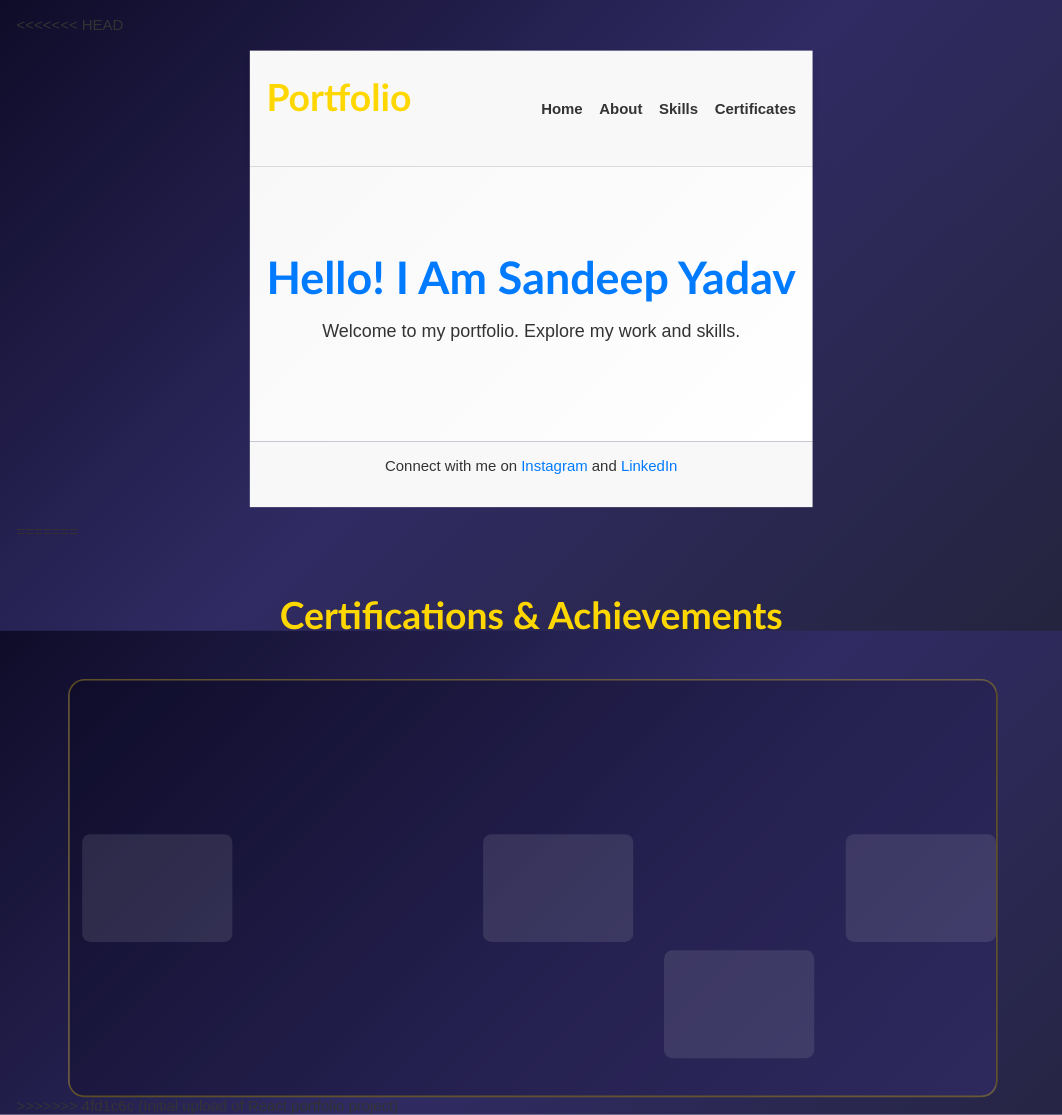
Repository: SandeepYadav18717/Sandeep_portfolio
Page: /
An editor plug-in stored every save of this project. The page is shown before and after a run of saves, followed by the edit.
The browser window is 1280 px wide. The pictures show the whole page, at 83% of full size.
The project was rebuilt for these pictures with package versions that can differ from the ones it lists, and the page was loaded fresh each time. Also part of the build but not shown: vite.config.js, src/index.css, src/App.css, src/Navbar/Navbar.jsx, src/Pages/Home.css, src/Pages/Index.jsx, src/Pages/Skills.jsx, src/Contact/contact.jsx and 1 more.

Above is the page before, as saved 2025-09-01 10:32:08.

After the next 2 saves:
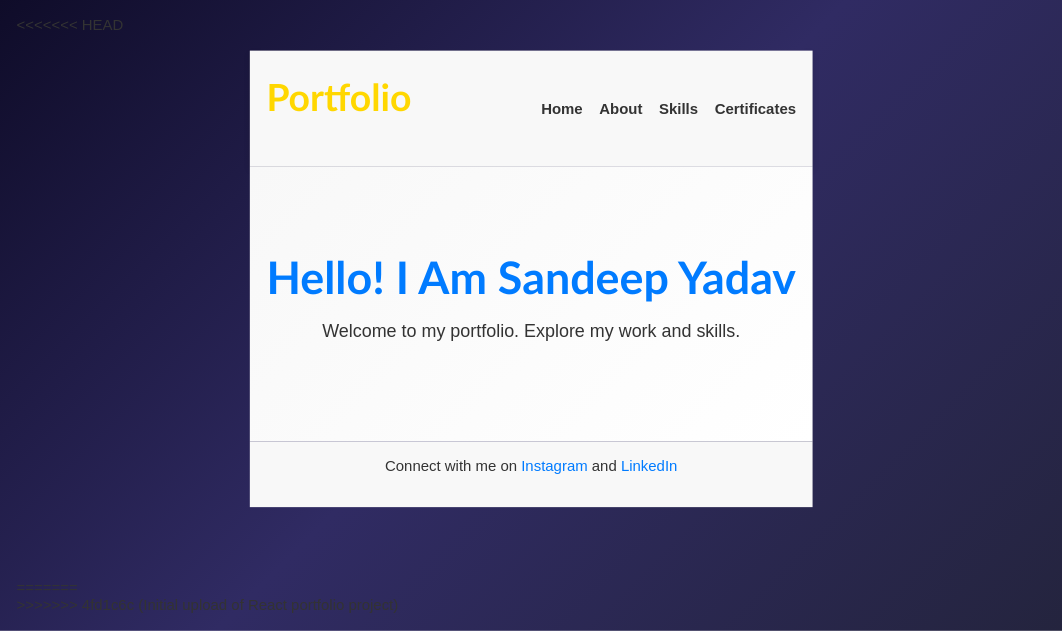
Console error: ReferenceError: Html is not defined
The 2 saves are shown as one change because 1 did not build or start.
The last was saved 14 s later.
--- a/src/Certifitae/Certi.jsx
+++ b/src/Certifitae/Certi.jsx
@@ -3,7 +3,7 @@
 
 function Cert() {
   const img=[
-
+    image=Html.jpg
   ]
   return (
     <div>

After the 3 saves that followed:
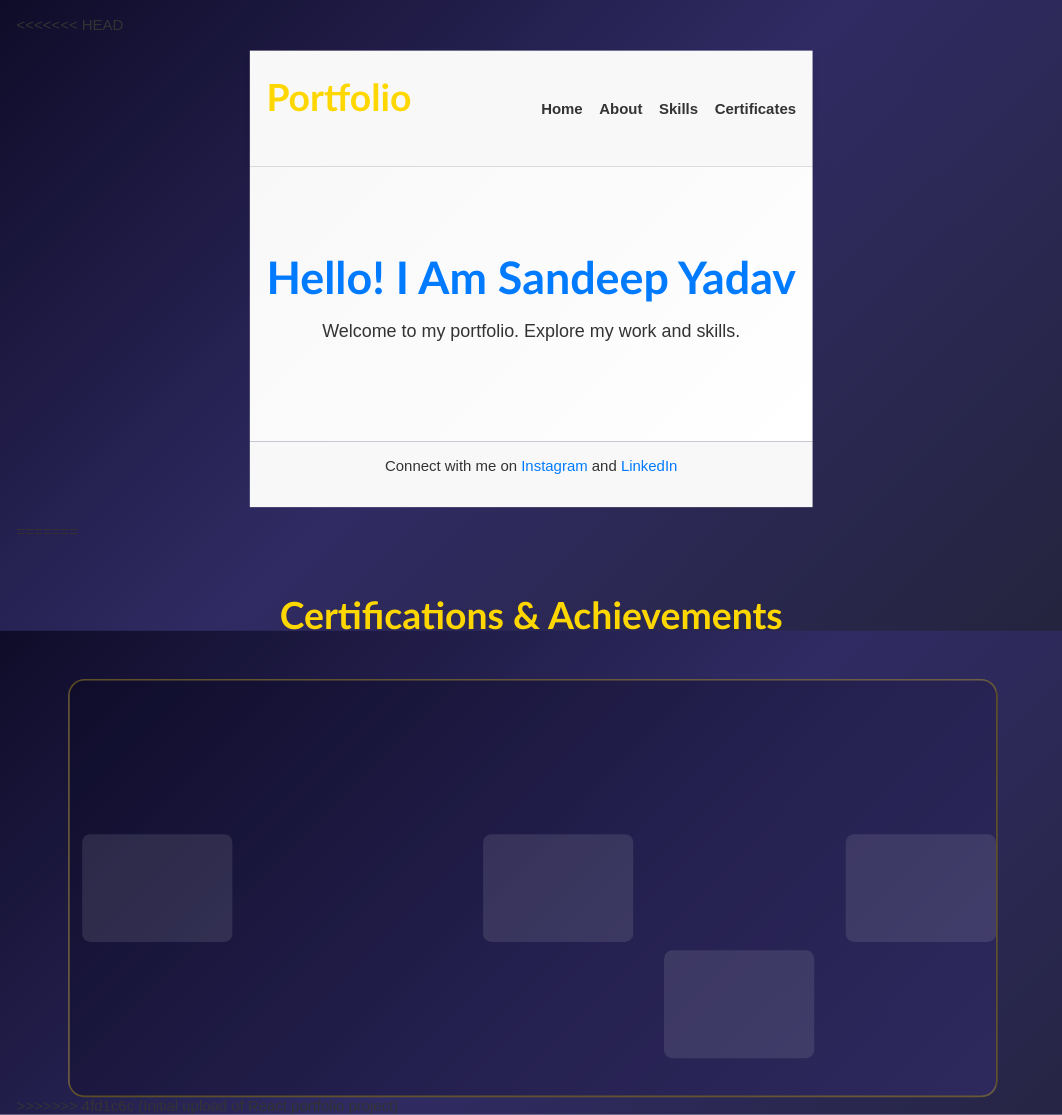
The error is gone.
The 3 saves are shown as one change because 1 left the picture as it was and some came seconds apart.
The last was saved 76 s later.
--- a/src/Certifitae/Certi.jsx
+++ b/src/Certifitae/Certi.jsx
@@ -3,7 +3,7 @@
 
 function Cert() {
   const img=[
-    image=Html.jpg
+    "Html.jpg"
   ]
   return (
     <div>
